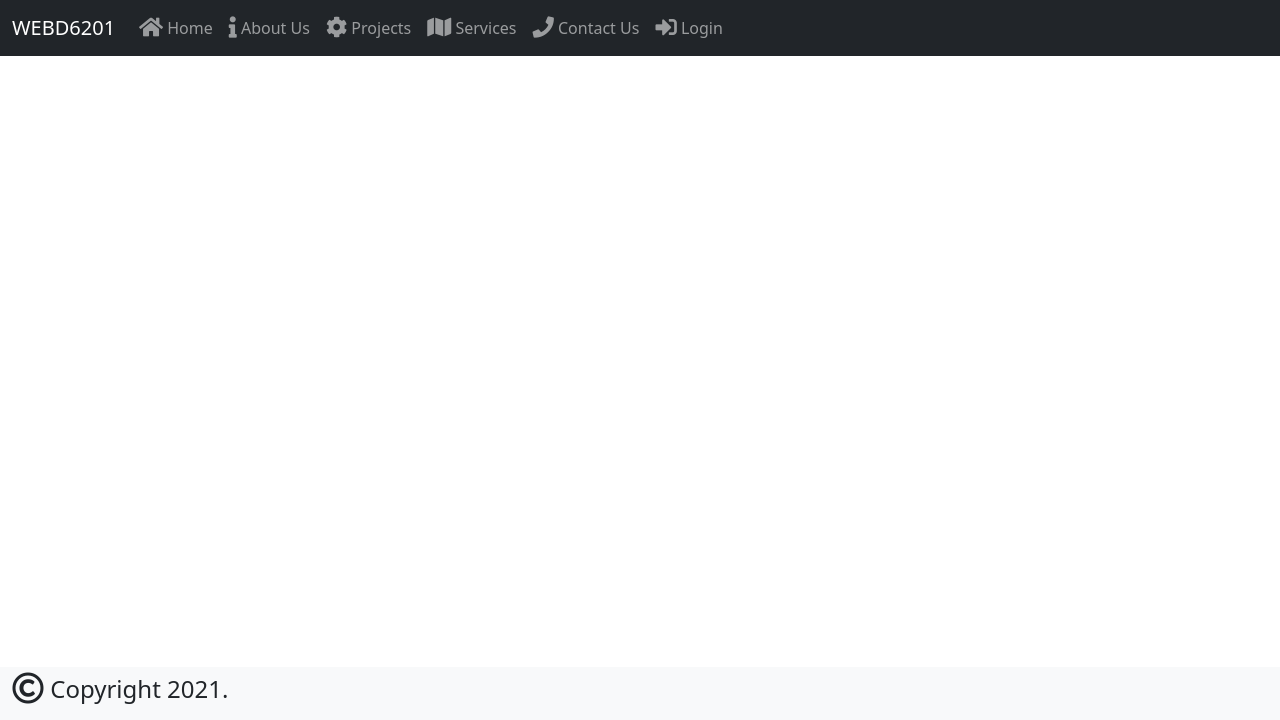
Repository: GarlicButterBoy/WEBD6201-ICE06
Page: index.html
An editor plug-in stored every save of this project. The page is shown before and after the next save, followed by the edit.
The browser window is 1280 px wide. The pictures show the whole page.

Above is the page before, as saved 2021-03-03 08:42:56.

After the next save:
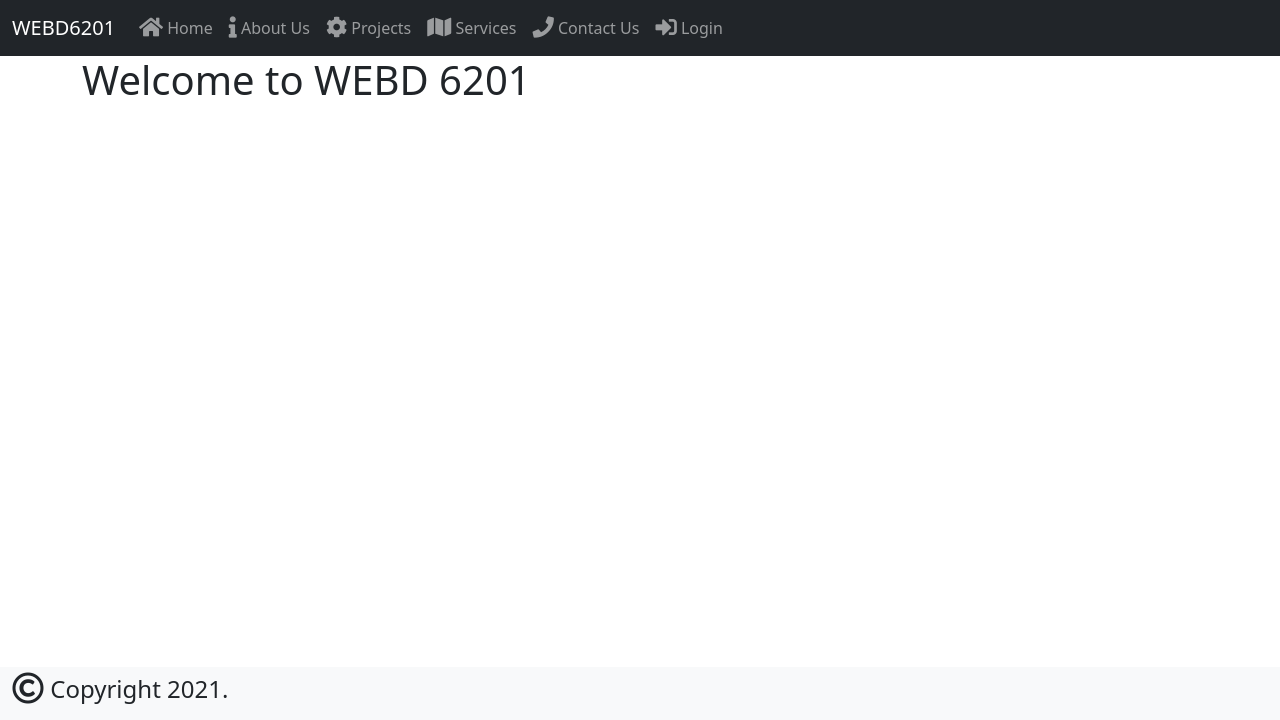
Saved 5 s later.
--- a/Scripts/app.js
+++ b/Scripts/app.js
@@ -20,7 +20,7 @@
       //inject content
       $.get("./Views/components/home.html", function(data)
       {
-        $("footer").html(data);
+        $("main").html(data);
       });
 
       //inject footer

After the 4 saves that followed:
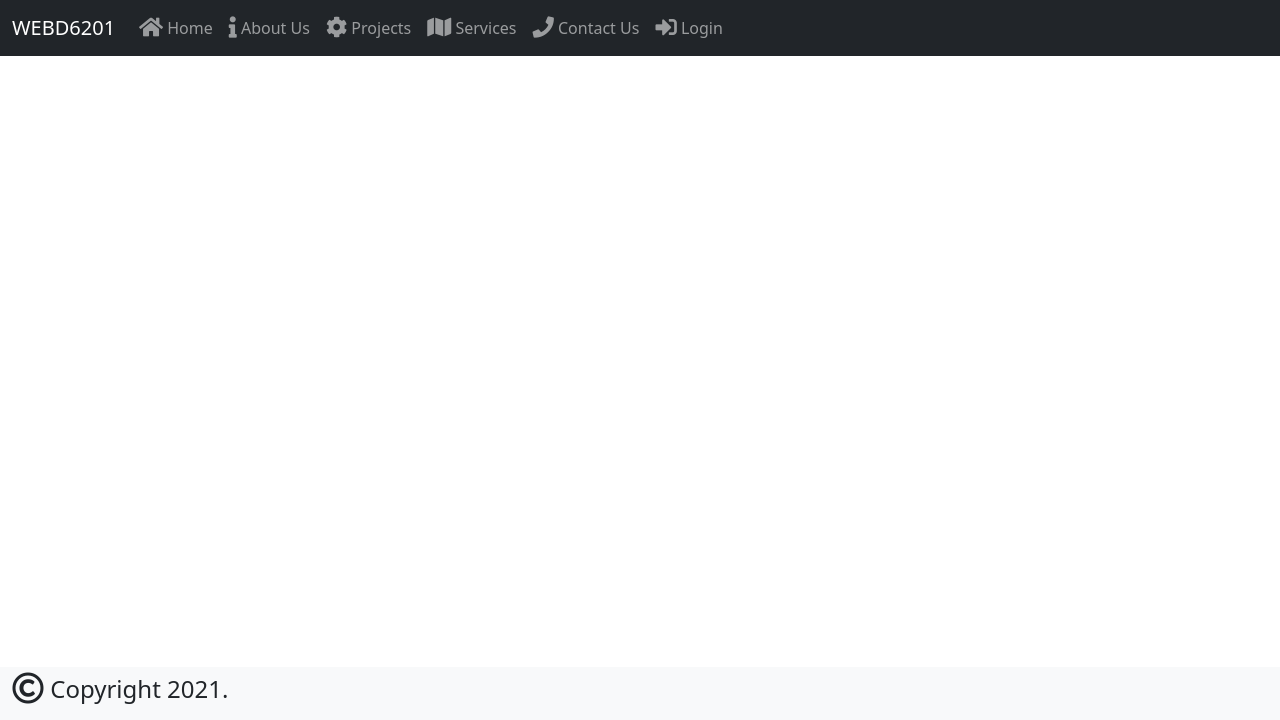
The 4 saves are shown as one change because 1 left the picture as it was and some came seconds apart.
The last was saved 107 s later.
--- a/Scripts/app.js
+++ b/Scripts/app.js
@@ -20,7 +20,9 @@
       //inject content
       $.get("./Views/components/home.html", function(data)
       {
-        $("main").html(data);
+        console.log(data);
+       // $("main").html(data);
+
       });
 
       //inject footer
